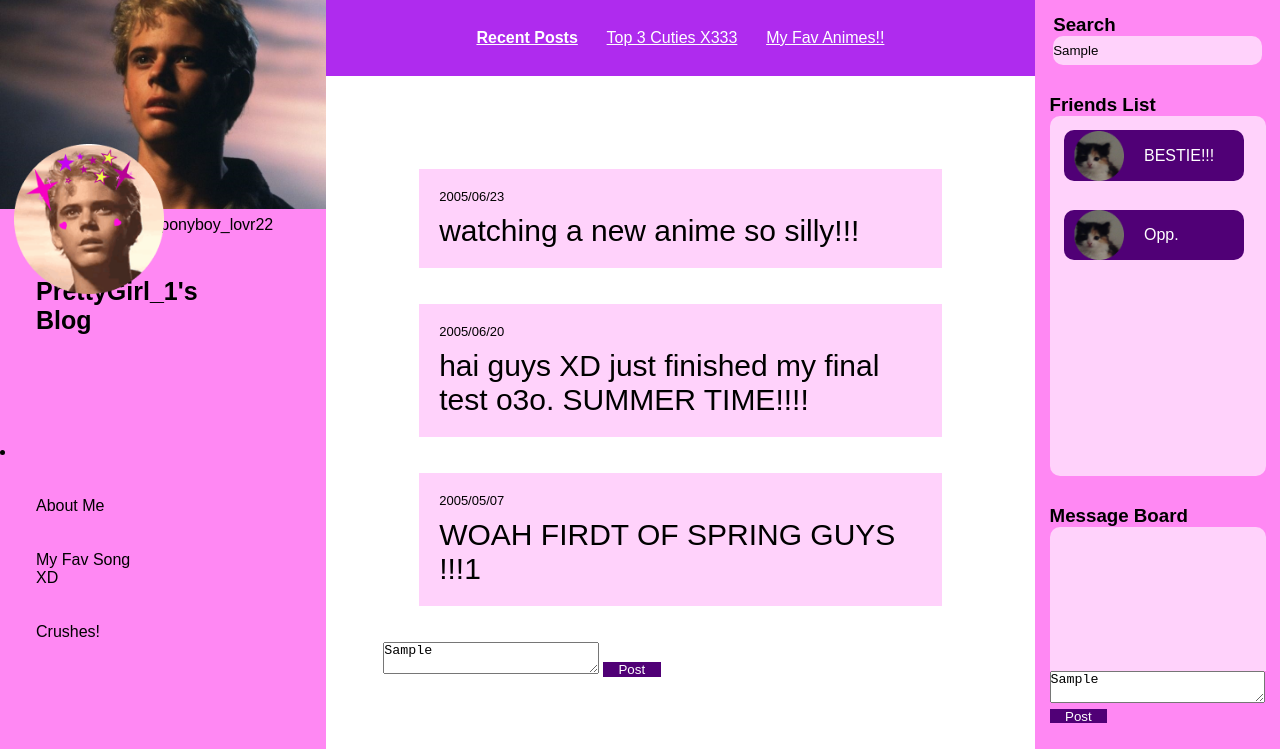
Repository: Jennica1/Frontend-Final
Page: index.html
An editor plug-in stored every save of this project. The page is shown before and after the next save, followed by the edit.
The browser window is 1280 px wide. The pictures show the whole page.
Empty fields were first filled with sample values (such as "Sample", 5 or name@example.com).
After loading, the first visible `#btn-recent` was clicked once.

Above is the page before, as saved 2024-05-23 13:10:35.
Console error: ReferenceError: timeStamp is not defined

### index.html
<!DOCTYPE html>
<html lang="en">

<head>
  <title>My Blog!!</title>
  <meta charset="UTF-8">
  <meta name="viewport" content="width=device-width, initial-scale=1">
  <link rel="stylesheet" href="style.css">
</head>

<body>
  <div class="content">

    <div class="flexbox">

      <div class="sidebar-wrapper">

        <!--Side Nav Left-->
        <div class="sidebar-left">
          <img src="images/ponyboy.png" class="profile" width="150px" />
          <img src="images/background-image.jpg" alt="background image" class="background-photo" />
          <p class="username">@ponyboy_lovr22</p>
          <p class="nickname">PrettyGirl_1's Blog</p>
          <li class="sidebar-list">
            <ul class="item">About Me</ul>
            <ul class="item">My Fav Song XD</ul>
            <ul class="item">Crushes!</ul>
          </li>
        </div>
      </div>



      <div class="centre-content"> <!-- PUT ALL MAIN CONTENT BELOW THE HEADER -->
        <!-- Header -->
        <header class="header">
          <li class="content-list">
            <ul><a class="link" style="font-weight: bold;" href="index.html">Recent Posts</a></ul>
            <ul><a class="link" href="topThree.html">Top 3 Cuties X333</a></ul>
            <ul><a class="link" href="anime.html">My Fav Animes!!</a></ul>
          </li>
        </header>

        <!-- main content -->
        <div class="main-content">
          <div id="recents-container" class="recents-container">
            <div class="post">
              <p class="time-stamp">2005/06/23</p>
              <p class="post-text">watching a new anime so silly!!!</p>
            </div>

            <div class="post">
              <p class="time-stamp">2005/06/20</p>
              <p class="post-text">hai guys XD just finished my final test o3o. SUMMER TIME!!!!</p>
            </div>

            <div class="post">
              <p class="time-stamp">2005/05/07</p>
              <p class="post-text">WOAH FIRDT OF SPRING GUYS !!!1</p>
            </div>
            <div class="user-input">
              <textarea name="" id="new-post" class="text-box" placeholder="Type..."></textarea>
              <button id="btn-recent" class="button-post">Post</button>
              <script src="recent.js"></script>
            </div>
          </div>
        </div>

      </div>

      <!--Side Nav Right-->
      <div class="sidebar-right">
        <form>
          <h3>Search</h3>
          <input type="text" class="search-bar">
        </form>
        <div class="friends-list">
          <h3>Friends List</h3>
          <div class="friends-container">
            <div class="friend">
              <img src="images/friend-pfp.png" width="50px" style="margin-left: 10px; margin-right: 20px;" />
              <p style="color: white;">BESTIE!!!</p>
            </div>
            <div class="friend">
              <img src="images/friend-pfp.png" width="50px" style="margin-left: 10px; margin-right: 20px;" />
              <p style="color: white;">Opp.</p>
            </div>
          </div>
        </div>
        <div class="message-board">
          <h3>Message Board</h3>
          <div id="message-board-container" class="message-board-container">
            <div class="message-board-content">
            </div>
          </div>
          <div class="user-input">
            <textarea name="" id="new-comment" class="text-box" placeholder="Type..."></textarea>
            <button id="btn-post" class="button-post">Post</button>
            <script src="script.js"></script>
          </div>
        </div>
      </div>
    </div>
  </div>
  </div>
</body>

</html>

### style.css
* {
  margin: 0;
  padding: 0;
}

.content {
  display: flex;
  flex-direction: column;
}

.flexbox {
  display: flex;
  flex-direction: row;
  justify-content: space-between;
  gap: 0;
}

.sidebar-wrapper {
  display: flex;
  justify-content: center;
  height: auto;

}

.sidebar-left {
  display: flex;
  flex-direction: column;
  position: relative;
  background-color: #FF88F3;
  z-index: 0;
  padding-right: 9.1rem;
  width: 25vh;
  font-family: Arial;
}

.profile {
  z-index: 1;
  position: absolute;
  margin-top: 20vh;
  margin-left: 2vh;
}

.background-photo {
  position: absolute;
  top: 0;
  left: 0;
  width: 100%;
  height: 29vh;
  object-fit: cover;

}

.background-container {
  width: 100%;
}

.username {
  margin-top: 30vh;
  margin-left: 20vh;
}

.nickname {
  font-size: 25px;
  margin-top: 6vh;
  margin-left: 5vh;
  width: 100%;
  font-weight: BOLD;
}

.sidebar-list {
  margin-top: 15vh;
}

.item {
  margin: 5vh;
}

.content-list {
  display: flex;
  margin: 4vh;
}

.link {
  color: white;
  margin: 2vh;
}


.sidebar-right {
  background-color: #FF88F3;
  z-index: 0;
  width: 30vh;
  display: flex;
  flex-direction: column;
  align-items: center;
  padding: 2vh;
  font-family: Arial;
  height: 100vh;
}

.search-bar {
  width: 29vh;
  height: 4vh;
  border-radius: 10px;
  border: transparent;
  background-color: #FFD2FB;
}

.friends-list {
  height: auto;
  margin-top: 4vh;
}

.friends-container {
  width: 30vh;
  height: 50vh;
  background-color: #FFD2FB;
  border-radius: 10px;
  display: flex;
  justify-content: center;
  flex-direction: column;
  justify-content: start;
}


.friend {
  width: 25vh;
  height: 7vh;
  border-radius: 10px;
  background-color: #500076;
  margin: 2vh;
  display: flex;
  align-items: center;
}

.message-board-container {
  width: 30vh;
  height: 20vh;
  background-color: #FFD2FB;
  border-top-left-radius: 10px;
  border-top-right-radius: 10px;
  display: flex;
  flex-direction: column-reverse;
  overflow-y: auto;
}

.message-board-content {
  margin: 10px;

}

.message-board {
  margin-top: 4vh;
}

.message {
  width: 80%;
  height: auto;
  margin: 1vh;
  align-items: left;
  display: flex;
  flex-direction: column;
  background-color: purple;
  padding: 1vh;
  border-radius: 5px;
  color: white;
}

.user-input {
  width: 50%;
}

.text-box {
  width: 29.7vh;
}

.button-post {
  width: 8vh;
  height: 2vh;
  right: 0;
  background-color: #500076;
  color: white;
  border: transparent;
}

.header {
  background-color: #AF2BEE;
  color: #ffffff;
  display: flex;
  justify-content: center;
  font-family: Arial;
}

.centre-content {
  width: 100%;
  display: flex;
  flex-direction: column;
}

.main-content {
  display: flex;
  justify-content: center;
  overflow-y: auto;
}

.recents-container {
margin: 8vh;
}

.post {
  flex-direction: column;
  display: flex;
  margin: 5vh;
  padding: 20px;
  width: auto;
  background-color: #FFD2FB;
  font-family: Arial;
}

.time-stamp {
font-size: 13px;
margin-bottom: 10PX;
}

.post-text {
font-size: 30px;
width: 100%;
}

### recent.js
document.getElementById("btn-recent").addEventListener("click", function () {
  const newPostText = document.getElementById("new-post").value;


  // Create a new post container
  const recentsContainer = document.createElement("div");
  recentsContainer.classList.add("post");

  // Create a paragraph element for the time stamp
  const timeStampElement = document.createElement("p");
  timeStampElement.classList.add("time-stamp");
  timeStampElement.innerText = timeStamp;

  // Create a paragraph element for the post text
  const recentsElement = document.createElement("p");
  recentsElement.classList.add("post-text");
  recentsElement.innerText = newPostText;

  // Append the time stamp and post text to the post container
  recentsContainer.appendChild(timeStampElement);
  recentsContainer.appendChild(recentsElement);

  // Get the container for recent posts
  const recentPostsContainer = document.getElementById("recents-container");

  // Insert the new post container before the first child of the recent posts container
  recentPostsContainer.insertBefore(recentsContainer, recentPostsContainer.firstChild);

  // Clear the input field
  document.getElementById("new-post").value = "";
});

### script.js
document.getElementById("btn-post").addEventListener("click", function () {

  const newComment = document.getElementById("new-comment").value;


  const commentContainer = document.createElement("div");
  commentContainer.classList.add("message");
  const commentElement = document.createElement("p");
  commentElement.innerText = newComment;


  commentContainer.appendChild(commentElement);


  const messageBoardContainer = document.getElementById("message-board-container");
  messageBoardContainer.appendChild(commentContainer);


  document.getElementById("new-comment").value = "";
});

After the next save:
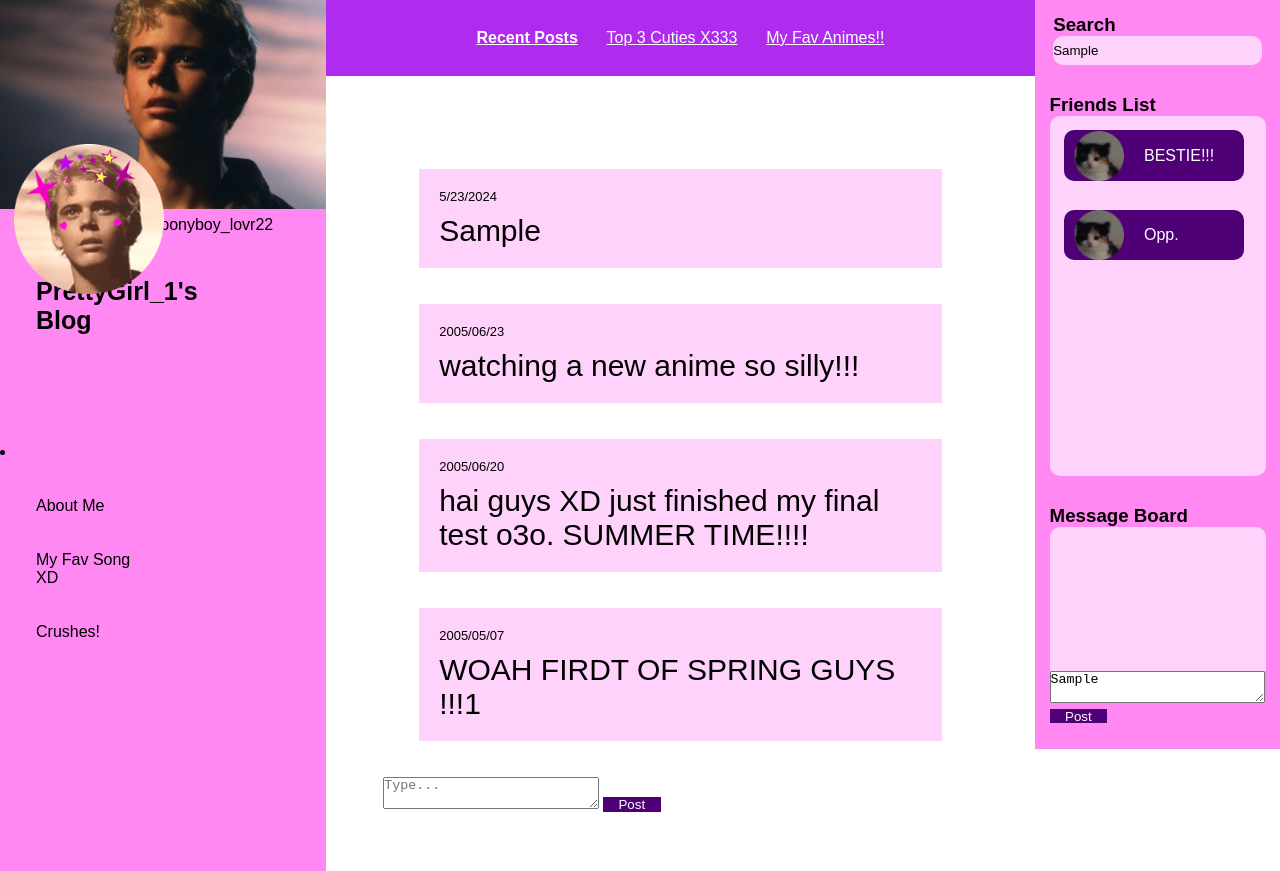
The error is gone.
Saved 8 s later.
--- a/recent.js
+++ b/recent.js
@@ -1,6 +1,6 @@
 document.getElementById("btn-recent").addEventListener("click", function () {
   const newPostText = document.getElementById("new-post").value;
-
+  const timeStamp = new Date().toLocaleDateString(); // Get the current date as the time stamp
 
   // Create a new post container
   const recentsContainer = document.createElement("div");
